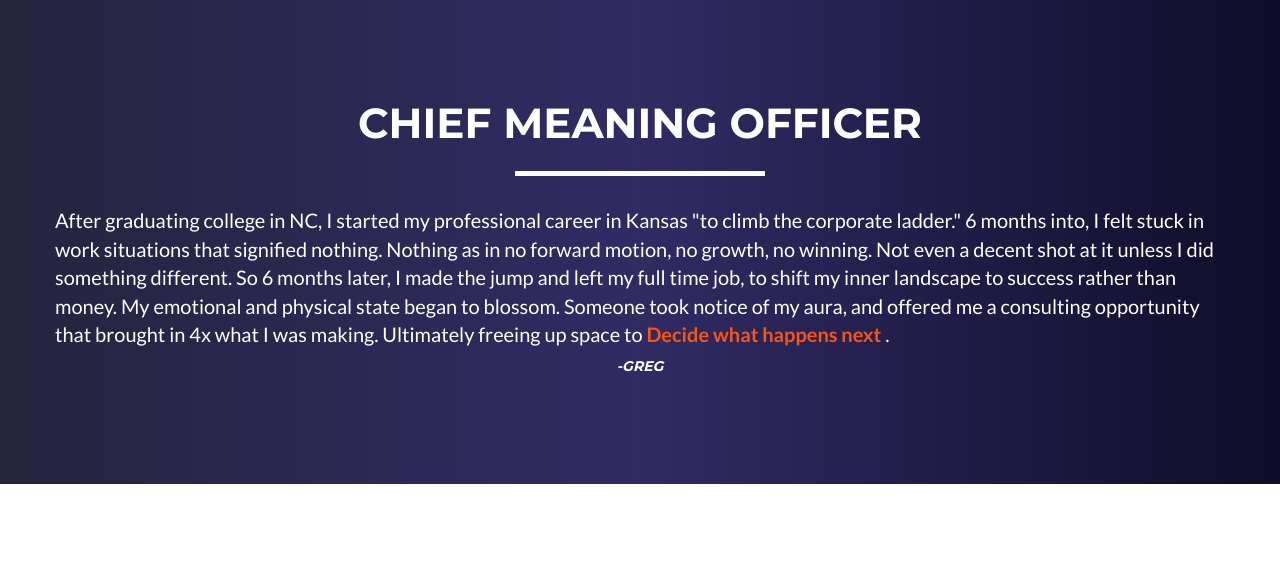
Repository: Greg919617/GregScottProject
Page: index.html
An editor plug-in stored every save of this project. The page is shown before and after the next save, followed by the edit.
The browser window is 1280 px wide. The pictures show the part of the page from y = 944 to 1508 px (the page is 3533 px tall before and 3619 px after).
A picture or video elsewhere on the page could not be fetched, so the positions and the page height are approximate. Some web libraries are served in a nearby version.

Above is the page before, as saved 2018-07-10 21:14:52.

### index.html
<!DOCTYPE html>
<html lang="en">

<head>

  <meta charset="utf-8">
  <meta http-equiv="X-UA-Compatible" content="IE=edge">
  <meta name="viewport" content="width=device-width, initial-scale=1">
  <meta name="description" content="">
  <meta name="author" content="">

  <title>ReleaseU Consulting</title>
  <link rel="shortcut icon" href="favicon1.png" type="image/x-icon" size="32x32">



  <!-- Bootstrap Core CSS -->
    <link rel="stylesheet" href="https://maxcdn.bootstrapcdn.com/bootstrap/3.3.7/css/bootstrap.min.css" integrity="sha384-BVYiiSIFeK1dGmJRAkycuHAHRg32OmUcww7on3RYdg4Va+PmSTsz/K68vbdEjh4u"
    crossorigin="anonymous">

  <!-- Theme CSS -->
  <link href="css/freelancer.css" rel="stylesheet">

  <!--Flickity CSS-->
  <!-- <link rel="stylesheet" href="https://unpkg.com/flickity@2/dist/flickity.min.css"> -->

  <!-- Custom Fonts -->
  <link rel="stylesheet" href="https://use.fontawesome.com/releases/v5.0.13/css/all.css" integrity="sha384-DNOHZ68U8hZfKXOrtjWvjxusGo9WQnrNx2sqG0tfsghAvtVlRW3tvkXWZh58N9jp"
  crossorigin="anonymous">
  <link href="https://fonts.googleapis.com/css?family=Montserrat:400,700" rel="stylesheet" type="text/css">
  <link href="https://fonts.googleapis.com/css?family=Lato:400,700,400italic,700italic" rel="stylesheet" type="text/css">

</head>

<body id="page-top" class="index">
  <div id="skipnav">
    <a href="#maincontent">Skip to main content</a>
  </div>

  <!-- Navigation -->
  <nav id="mainNav" class="navbar navbar-default navbar-fixed-top navbar-custom">
    <div class="container">
      <!-- Brand and toggle get grouped for better mobile display -->
      <div class="navbar-header page-scroll">
        <button type="button" class="navbar-toggle" data-toggle="collapse" data-target="#bs-example-navbar-collapse-1">
          <span class="sr-only">Toggle navigation</span> Menu
          <i class="far fa-lock-open-alt"></i>
        </button>
        <a class="navbar-brand" href="#page-top">ReleaseU
            <!-- <img class="img-responsive" id="nav-pic" src="img/ReleaseU-Logo.jpg" alt=""> -->
          <!-- <i class="fa fa-unlock-alt" id="facolor" aria-hidden="true"></i> ReleaseU </a> -->
      </div>

      <!-- Collect the nav links, forms, and other content for toggling -->
      <div class="collapse navbar-collapse" id="bs-example-navbar-collapse-1">
        <ul class="nav navbar-nav navbar-center">
          <li class="hidden">
            <a href="#page-top"></a>
          </li>
          <!-- <li class="page-scroll">
            <a href="" target="_blank">Blog</a>
          </li> -->

          <li class="page-scroll">
              <a href="#about">About</a>
            </li>
          <li class="page-scroll">
              <a href="#portfolio">What We Do</a>
          </li>

          <li class="page-scroll">
            <a href="#contact">Our Ideas</a>
          </li>

          <li class="page-scroll">
              <a href="#bottom">Contact</a>
            </li>
            <li class="page-scroll">
              <button id="appointment" type="button" class="btn btn-primary " style="float: right;" data-toggle="modal" data-target="#exampleModalCenter">Make an Appointment</button>
            </li>
        </ul>
      </div>
      <!-- /.navbar-collapse -->
    </div>
    <!-- /.container-fluid -->
  </nav>

  <!-- Header -->
  <header>
    <div class="container" id="maincontent" tabindex="-1">
      <div class="row">
        <div class="col-lg-12">
          <img class="img-responsive" id="profile-pic" src="img/ReleaseU-Logo.jpg" alt="">
          <div class="intro-text">
            <h1 class="name">Unlock Your Potential</h1>
            <hr class="star-light">
            <span class="skills">| Branding | Web Development | Coaching |</span>


            <ul class="list-inline">
                <li>
                    <a href="https://m.facebook.com/ReleaseU.org" target="_blank" class="btn-social-header btn-outline">
                      <span class="sr-only">Github</span>
                      <i class="fab fa-facebook"></i>
                    </a>
                  </li>
              <li>
                <a href="https://github.com/releaseullc" target="_blank" class="btn-social-header btn-outline">
                  <span class="sr-only">Github</span>
                  <i class="fab fa-github"></i>
                </a>
              </li>
              <li>
                <a href="https://www.instagram.com/releaseullc" target="_blank" class="btn-social-header btn-outline">
                  <span class="sr-only">Instagram</span>
                  <i class=" fab fa-instagram"></i>
                </a>
              </li>
              <li>
                <a href="https://www.twitter.com/releaseullc" target="_blank" class="btn-social-header btn-outline">
                  <span class="sr-only">Twitter</span>
                  <i class="fab fa-twitter"></i>
                </a>
              </li>
              <li>
                <a href="mailto:releaseullc@gmail.com" target="_blank" class="btn-social-header btn-outline">
                  <span class="sr-only">Gmail</span>
                  <i class="fa fa-fw fa-envelope"></i>
                </a>
              </li>
            </ul>
          </div>
        </div>
      </div>
    </div>
  </header>

  <section class="success" id="about">
      <div class="container">
        <div class="row">
          <div class="col-lg-12 text-center">
            <h2>Chief Meaning Officer</h2>
            <hr class="star-light">
          </div>
        </div>
        <div class="row">
          <p>
              After graduating college in NC, I started my professional career in Kansas "to climb the corporate ladder." 6 months into, I felt stuck in work situations that signified nothing. Nothing as in no forward motion, no growth, no winning. Not even a decent shot at it unless I did something different.
              So 6 months later, I made the jump and left my full time job, to shift my inner landscape to success rather than money. My emotional and physical state began to blossom. Someone took notice of my aura, and offered me a consulting opportunity that brought in 4x what I was making. Ultimately freeing up space to <strong id="colored"> Decide what happens next </strong>.
            </p>

            <h5 id="greg"><i> -Greg </i></h5>
        </div>

    </section>

  <!-- Portfolio Grid Section -->
  <section id="portfolio">
    <div class="container">
      <!-- <div class="row">
        <div class="col-lg-12 text-center"> -->
          <!-- <h2>What We Do</h2> -->
          <!-- <hr class="star-primary"> -->
        <!-- </div>
      </div> -->

      <div class="row">
        <div class="col-sm-4 portfolio-item">
          <a href="#portfolioModal2" class="portfolio-link" data-toggle="modal">
            <div class="caption">
              <div class="caption-content">
                <i class="fas fa-desktop fa-3x"></i>
                <br> Design <hr>
              </div>
            </div>
            <img src="img/webdesign.jpg" class="img-responsive" alt="Slice of rgbgame">
          </a>
        </div>

        <div class="col-sm-4 portfolio-item">
          <a href="#portfolioModal4" class="portfolio-link" data-toggle="modal">
            <div class="caption">
              <div class="caption-content">
                <i class="far fa-address-card fa-3x"></i>
                <br> Branding <hr>
              </div>
            </div>
            <img src="img/branding2.jpg" class="img-responsive" alt="Game controller">
          </a>
        </div>

        <div class="col-sm-4 portfolio-item">
          <a href="#portfolioModal6" class="portfolio-link" data-toggle="modal">
            <div class="caption">
              <div class="caption-content">
                <i class="fas fa-bullhorn fa-3x"></i>
                <br> Coaching <hr>
              </div>
            </div>
            <img src="img/passion.jpg" class="img-responsive" alt="picgallery">
          </a>
        </div>


      </div>
    </div>
  </section>



    <!-- Services Section -->
    <section id="contact">
      <div class="container">
        <div class="row">
          <div class="col-lg-12 text-center" style="
          padding-bottom: 80px;">
            <h2>Tactics for starting today</h2>

          </div>
        </div>
        <div class="row">
          <div class="col-md-4 mb-4 text-center" style="
          padding-bottom: 80px;">
            <i class="fa fa-user-graduate fa-3x mb-2"></i>
            <h3>Strategy</h3>
            <p>New Grad? <br> Make your digital presence with web portfolio and resumes. </p>
            <button id="appointment" type="button" class="btn btn-primary" data-toggle="modal" data-target="#exampleModalCenter">I Need A Website</button>
          </div>
          <div class="col-md-4 mb-4 text-center" style="
          padding-bottom: 80px;">
            <i class="far fa-newspaper fa-3x mb-2"></i>
            <h3>Branding</h3>
            <p>Make your brand consistent across all mediums</p>
            <button id="appointment" type="button" class="btn btn-primary" data-toggle="modal" data-target="#exampleModalCenter">I Need Marketing Material</button>
          </div>
          <div class="col-md-4 mb-4 text-center">
            <i class="fa fa-comments fa-3x mb-2"></i>
            <h3>Alignment & Leadership</h3>
            <p>When alignment happens, theres no more running in circles</p>
            <button id="appointment" type="button" class="btn btn-primary" data-toggle="modal" data-target="#exampleModalCenter">I Need A Coach!</button>
          </div>
        </div>
        </div>
      </div>
    </section>

  <!-- Newsletter Section -->
  <section class="success" id="about">
    <div class="container">
      <div class="row">
        <div class="col-lg-12 text-center">
          <h2>The harder the battle, the sweeter the victory</h2>
          <hr class="star-light">
        </div>
      </div>
      <div class="row">
        <p> A few years ago I didnt have a great <i id="colored">entrepenuerial network</i> locally; In real life all of my close friends are employees. So I set out on this journey to find my inner circle. <strong id="colored"> You are the average of the 5 people you spend the most time with.</strong> Are those people on board with the changes your trying to make?<br> </p> <br><i>-Greg</i>
        <br>
        <!-- <div class="col-lg-3 col-lg-offset-1" style="padding-bottom: 150px;">
            <img src="img/profile3.jpg" alt="..." class="img-thumbnail fluid">
            <p class="about-me-paragraph">I <i id="colored">doubled</i> my monthly revenue 1 year after college using these techniques.
           </p>
          <button type="button" class="btn btn-success">Coming Soon</button>
          </div> -->



          <!-- <div class="col-lg-3 col-lg-offset-1" style="padding-bottom: 150px;">
            <img src="img/branding.jpg" alt="..." class="img-thumbnail fluid">
          <p class="about-me-paragraph">Stay in the loop..Learn to code from this <i id="colored">Free Bootcamp</i></p>
         <button type="button" class="btn btn-success">Coming Soon</button>
        </div> -->
        <!-- <div class="col-lg-3 col-lg-offset-1" style="padding-bottom: 150px;">
            <img src="img/frugaltraveler.jpg" alt="..." class="img-thumbnail fluid">
          <p class="about-me-paragraph">Frugal travelers guide.
           </p>
          <button type="button" class="btn btn-success">Coming Soon</button>
        </div> -->
      </div>

  </section>



  <section id="bottom" class="text-center p-5">
      <div class="container">
        <div class="row">
          <div class="col">
            <h1>Stay in the Loop</h1>
            <p>We are your eyes and ears to all things business, strategy and personal growth. Our resources are designed to keep you fired up, and ready to go.</p>
            <form action="https://formspree.io/releaseullc@gmail.com" method='POST' class="form-inline justify-content-center" >
              <input type="text" name="name" class="form-control mb-2 mr-2" placeholder="First Last" required>
              <input type="email" name="email"class="form-control mb-2 mr-2" placeholder="Enter Email" required>
              <button type="submit" value="send" class="btn btn-primary mb-2">Lets Get It</button>
            </form>
          </div>
        </div>
      </div>
    </section>

  <!-- Footer-->
  <footer class="text-center">

      <!-- <div class="container">
        <div class="row">
          <div class="footer-col col-md-4">
            <h3>Current Location:</h3>
            <p>Kansas City, MO | Philadelphia, PA</p>
            <br>
            <iframe src="https://www.google.com/maps/embed?pb=!1m18!1m12!1m3!1d26454.86289947447!2d-118.49826501800335!3d34.02185925929695!2m3!1f0!2f0!3f0!3m2!1i1024!2i768!4f13.1!3m3!1m2!1s0x80c2a4cec2910019%3A0xb4170ab5ff23f5ab!2sSanta+Monica%2C+CA!5e0!3m2!1sen!2sus!4v1525486489520"
              width="300" height="200" frameborder="0" style="border-radius: 20px" allowfullscreen></iframe>
          </div> -->


    <div class="footer-below">
          <div class="col-md-12">
            <strong>Powered By &copy; ReleaseU 2018</strong>
          </div>
        </div>


  </footer>

  <!-- Scroll to Top Button (Only visible on small and extra-small screen sizes) -->
  <div class="scroll-top page-scroll hidden-sm hidden-xs hidden-lg hidden-md">
    <a class="btn btn-primary" href="#page-top">
      <i class="fa fa-chevron-up"></i>
    </a>
  </div>
  <!--Appointment Modal-->
  <div class="modal fade" id="exampleModalCenter" tabindex="-1" role="dialog" aria-labelledby="exampleModalCenterTitle" aria-hidden="true">
    <div class="modal-dialog modal-dialog-centered" role="document">
      <div class="modal-content">
        <div class="modal-header">
          <p class="modal-title" id="exampleModalLongTitle">Congratulations on getting the fact that no one should do business alone !</p>
          <button type="button" class="close" data-dismiss="modal" aria-label="Close">
            <span aria-hidden="true">&times;</span>
          </button>
        </div>
        <div class="modal-body">
        <form action="https://formspree.io/releaseullc@gmail.com" method='POST' >
                <div class="form-group row">
                    <label class="col-sm-2 col-form-label">Name</label>
                    <div class="col-sm-10">
                        <input type="text" name="Name" class="form-control" id="inputEmail3" placeholder="First Last" required>
                      </div>
                      </div>
                <div class="form-group row">
                  <label class="col-sm-2 col-form-label">Email</label>
                  <div class="col-sm-10">
                    <input type="email" name="email" class="form-control" placeholder="Email" required>
                  </div>
                </div>
                <div class="form-group row">
                    <label  class="col-sm-2 col-form-label">Phone</label>
                    <div class="col-sm-10">
                      <input type="tel" name="telephone" class="form-control"  placeholder="###-###-####" required>
                    </div>
                  </div>
                <div class="form-group row">
                <div class="col-sm-10">
                    <label class="mr-sm-2" for="inlineFormCustomSelect">Preference</label>
                    <select class="custom-select pl-5" id="inlineFormCustomSelect" style="
                    margin-left: 28px;">
                      <option selected>I Need..</option>
                      <option name="web resume" value="1">Web Resume</option>
                      <option name="web portoflio" value="2">Web Portfolio</option>
                      <option name="marketing materials" value="3">Marketing Materials</option>
                      <option name="coaching" value="4">Coaching</option>
                    </select>
                  </div>
            </div>
                <div class="form-group row">
                  <div class="col-sm-10">
                    <button type="submit" class="btn btn-primary">Never Stop Never Settle</button>
                  </div>
                </div>

              </form>
              </div>
              </div>
              </div>
              </div>



  <!-- Portfolio Modal 2 -->
  <div class="portfolio-modal modal fade" id="portfolioModal2" tabindex="-1" role="dialog" aria-hidden="true">
    <div class="modal-dialog modal-lg">
      <div class="modal-content">
          <div class="close-modal" data-dismiss="modal">
              <div class="lr">
                <div class="rl">
                </div>
              </div>
            </div>

        <div class="modal-body">
            <h2>Design</h2>
            <hr class="star-primary">
            <!-- <img src="img/media.jpg" class="img-responsive img-centered" alt=""> -->
            <p>Web Design is so much more than just creating a website, it’s your company’s internet home. <i id="colored"> ReleaseU </i>crafts beautifully designed websites and landing pages. It’s important to provide an excellent user interface and be strategic with your user’s experience.</p>

              <div class="container">
                <div class="col-lg-8">
                  <div id="myCarousel" class="carousel slide" data-ride="carousel">
                    <!-- Indicators -->
                    <ol class="carousel-indicators">
                      <li data-target="#myCarousel" data-slide-to="0" class="active"></li>
                      <li data-target="#myCarousel" data-slide-to="1"></li>
                      <li data-target="#myCarousel" data-slide-to="2"></li>
                    </ol>

                    <!-- Wrapper for slides -->
                    <div class="carousel-inner">

                      <div class="item active">
                        <img src="img/brew3.JPG" alt="" style="width:100%;">
                        <div class="carousel-caption">

                        </div>
                      </div>

                      <div class="item">
                        <img src="img/klee3.JPG" alt="" style="width:100%;">
                        <div class="carousel-caption">

                        </div>
                      </div>

                      <div class="item">
                        <img src="img/emr3.JPG" alt="" style="width:100%;">
                        <div class="carousel-caption">
                          <!-- <h3>New York</h3>
                          <p>We love the Big Apple!</p> -->
                        </div>
                      </div>

                      <div class="item">
                        <img src="img/lue1.JPG" alt="" style="width:100%;">
                        <div class="carousel-caption">
                        </div>
                      </div>
                    </div>

                    <!-- Left and right controls -->
                    <a class="left carousel-control" href="#myCarousel" data-slide="prev">
                      <span class="glyphicon glyphicon-chevron-left"></span>
                      <span class="sr-only">Previous</span>
                    </a>
                    <a class="right carousel-control" href="#myCarousel" data-slide="next">
                      <span class="glyphicon glyphicon-chevron-right"></span>
                      <span class="sr-only">Next</span>
                    </a>
                  </div>
                </div>
        </div>
        <!-- <ul class="list-inline item-details">
          <li>
            <button type="button" class="btn btn-danger"  data-toggle="modal" data-target="#exampleModalCenter">Lets Work</button>
          </li>
        </ul> -->


            <button type="button" class="btn btn-default" data-dismiss="modal">
              <i class="fa fa-times"></i> Close</button>

        </div>
      </div>
  </div>
</div>









  <!-- Portfolio Modal 4 -->

  <div class="portfolio-modal modal fade" id="portfolioModal4" tabindex="-1" role="dialog" aria-hidden="true">
    <div class="modal-content">
      <div class="close-modal" data-dismiss="modal">
        <div class="lr">
          <div class="rl">
          </div>
        </div>
      </div>
      <div class="container">
        <div class="row">
          <div class="col-lg-8 col-lg-offset-2">
            <div class="modal-body">
              <h2>Branding</h2>
              <hr class="star-primary">
              <img src="img/branding.jpg" class="img-responsive img-centered" alt="">
              <p>Your company brand is the first non-verbal communication with your users.  Having a strategically designed logo, brand colors, and theme will give you more leverage in the market. We have our in-house designer ready to serve you.</p>

              <button type="button" class="btn btn-default" data-dismiss="modal">
                <i class="fa fa-times"></i> Close</button>
            </div>
          </div>
        </div>
      </div>
    </div>
  </div>

   <!-- Portfolio Modal 6 -->

   <div class="portfolio-modal modal fade" id="portfolioModal6" tabindex="-1" role="dialog" aria-hidden="true">
    <div class="modal-content">
      <div class="close-modal" data-dismiss="modal">
        <div class="lr">
          <div class="rl">
          </div>
        </div>
      </div>
      <div class="container">
        <div class="row">
          <div class="col-lg-8 col-lg-offset-2">
            <div class="modal-body">
              <h2>Coaching</h2>
              <hr class="star-primary">
              <img src="img/coachingsign1.jpg" class="img-responsive img-centered" alt="">
              <p>Leaders exist, in large part, to give purpose to their teams.</p>
              <p> Really good leaders are like coaches, who stand on the sidelines jumping up and down because they cant contain their excitement about how everyone's doing, who hug their players coming off the court, never mind the sweat, and knows what makes each one of them tick.
               </p>
              <button type="button" class="btn btn-default" data-dismiss="modal">
                <i class="fa fa-times"></i> Close</button>
            </div>
          </div>
        </div>
      </div>
    </div>
  </div>

  <!-- jQuery -->
  <script src="vendor/jquery/jquery.min.js "></script>

    <!-- Bootstrap Core JavaScript -->
    <script src="vendor/bootstrap/js/bootstrap.min.js "></script>


    <!-- Plugin JavaScript -->
    <script src="https://cdnjs.cloudflare.com/ajax/libs/jquery-easing/1.3/jquery.easing.min.js "></script>


  <!-- Theme JavaScript -->
  <script src="js/freelancer.min.js "></script>

<!-- Global site tag (gtag.js) - Google Analytics -->
<script async src="https://www.googletagmanager.com/gtag/js?id=UA-122132837-1"></script>
<script>
  window.dataLayer = window.dataLayer || [];
  function gtag(){dataLayer.push(arguments);}
  gtag('js', new Date());

  gtag('config', 'UA-122132837-1');
</script>



</body>

</html>

Loaded but not shown: vendor/jquery/jquery.min.js (library); vendor/bootstrap/js/bootstrap.min.js (library); js/freelancer.min.js (common file); css/freelancer.css (741 lines, source omitted)

After the next save:
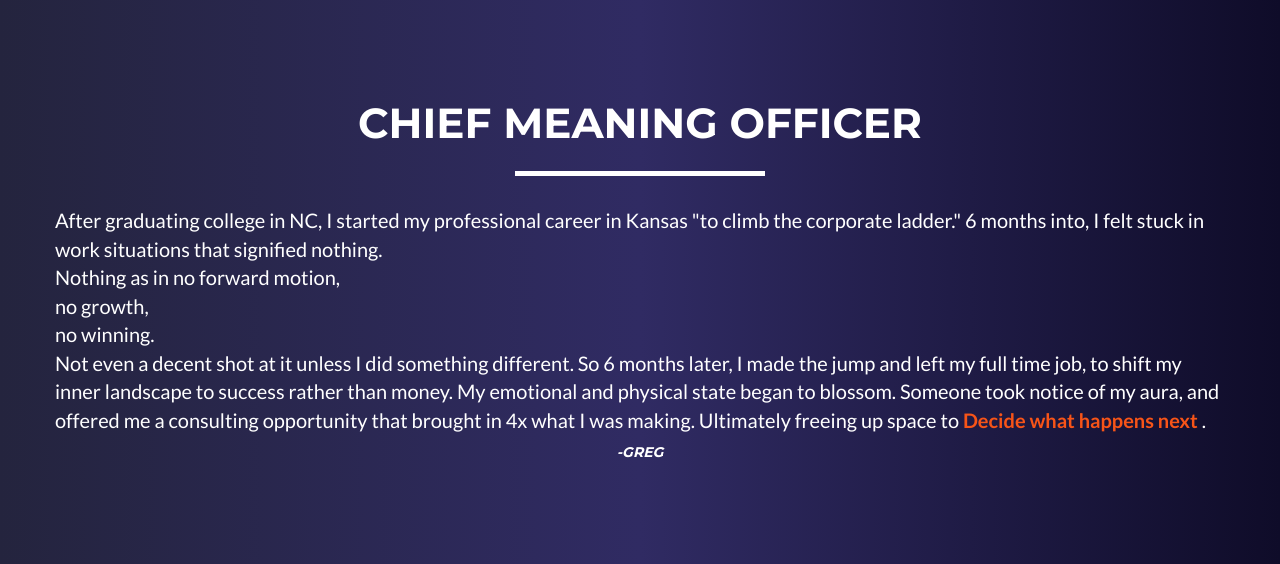
Saved 11 h 52 min later.
--- a/index.html
+++ b/index.html
@@ -145,7 +145,7 @@
         </div>
         <div class="row">
           <p>
-              After graduating college in NC, I started my professional career in Kansas "to climb the corporate ladder." 6 months into, I felt stuck in work situations that signified nothing. Nothing as in no forward motion, no growth, no winning. Not even a decent shot at it unless I did something different.
+              After graduating college in NC, I started my professional career in Kansas "to climb the corporate ladder." 6 months into, I felt stuck in work situations that signified nothing. <br>Nothing as in no forward motion, <br> no growth, <br>no winning.<br> Not even a decent shot at it unless I did something different.
               So 6 months later, I made the jump and left my full time job, to shift my inner landscape to success rather than money. My emotional and physical state began to blossom. Someone took notice of my aura, and offered me a consulting opportunity that brought in 4x what I was making. Ultimately freeing up space to <strong id="colored"> Decide what happens next </strong>.
             </p>
 
